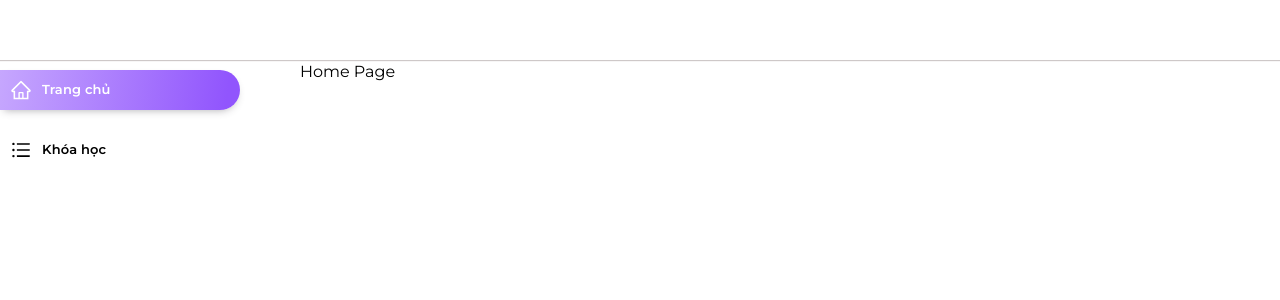
Repository: SatohJiro/CourseSale
Page: /
An editor plug-in stored every save of this project. The page is shown before and after the next save, followed by the edit.
The browser window is 1280 px wide. The pictures show the whole page.
The project was rebuilt for these pictures with package versions that can differ from the ones it lists, and the page was loaded fresh each time. Also part of the build but not shown: src/pages/Courses/index.js, src/pages/Login/Login.jsx.

Above is the page before, as saved 2022-12-05 10:09:20.

After the next save:
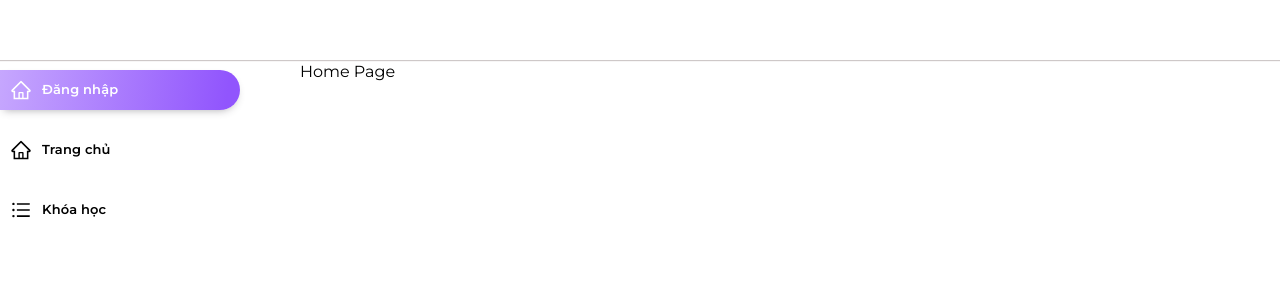
Saved 56 s later.
--- a/src/layout/components/Sidebar/Sidebar.js
+++ b/src/layout/components/Sidebar/Sidebar.js
@@ -10,6 +10,12 @@
 const cx = classNames.bind(style);
 
 const listTab = [
+  {
+    name: "login",
+    path: ROUTE_NAME.LOGIN,
+    title: "Đăng nhập",
+    icon: <AiOutlineHome className={cx("menu-icon")} />,
+  },
   {
     name: "home",
     path: ROUTE_NAME.ROOT,

After the save that followed:
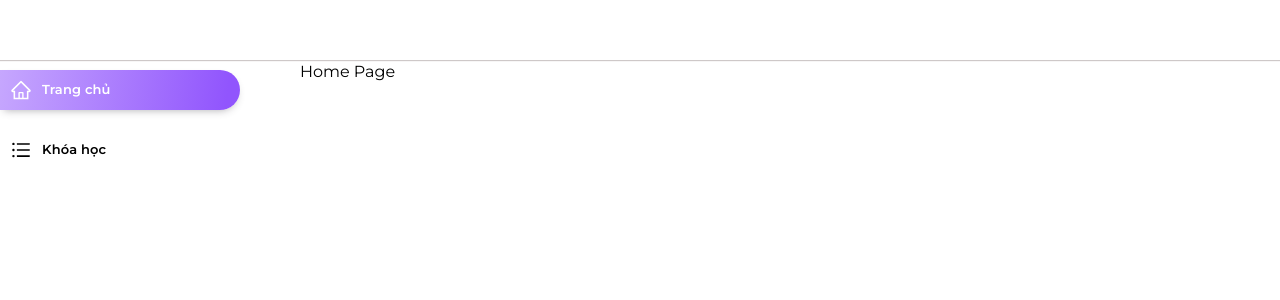
Saved 81 s later.
--- a/src/layout/components/Sidebar/Sidebar.js
+++ b/src/layout/components/Sidebar/Sidebar.js
@@ -10,12 +10,6 @@
 const cx = classNames.bind(style);
 
 const listTab = [
-  {
-    name: "login",
-    path: ROUTE_NAME.LOGIN,
-    title: "Đăng nhập",
-    icon: <AiOutlineHome className={cx("menu-icon")} />,
-  },
   {
     name: "home",
     path: ROUTE_NAME.ROOT,
